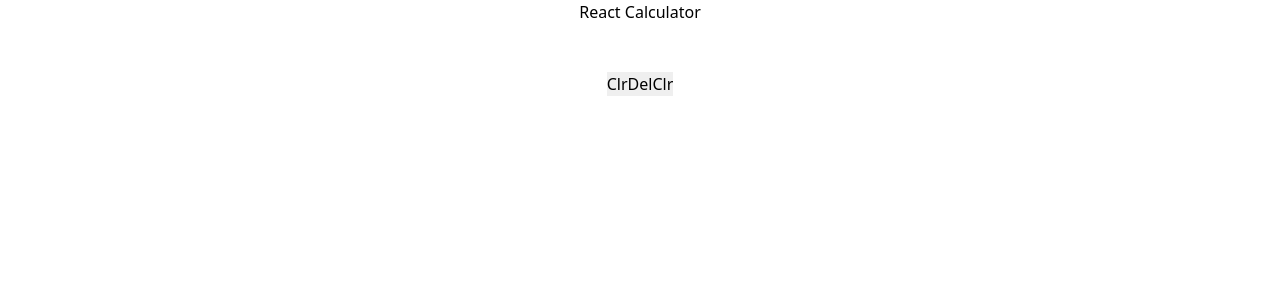
Repository: latenightsnacc/React-Calculator
Page: / (app in docs/react-calculator/)
These files come from the project's save history. The page is drawn as it stood at one moment and after the next save; the edit follows.
The browser window is 1280 px wide. The pictures show the whole page.
The project was rebuilt for these pictures with package versions that can differ from the ones it lists, and the page was loaded fresh each time. Also part of the build but not shown: docs/react-calculator/craco.config.js.

Above is the page before, as saved 2021-11-11 15:39:15.

After the next save:
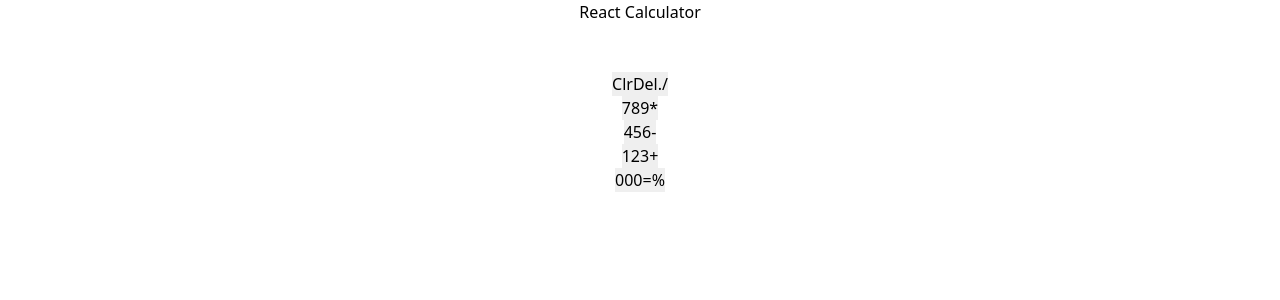
Saved 53 s later.
--- a/docs/react-calculator/src/components/Calculator.js
+++ b/docs/react-calculator/src/components/Calculator.js
@@ -13,8 +13,34 @@ class Calculator extends Component {
                     <div className="button-row">
                         <Button label={'Clr'} />
                         <Button label={'Del'} />
-                        <Button label={'Clr'} />
+                        <Button label={'.'}/>
+                        <Button label={'/'}/>
                     </div>
+                    <div className="button-row">
+                        <Button label={'7'}/>
+                        <Button label={'8'}/>
+                        <Button label={'9'}/>
+                        <Button label={'*'}/>
+                    </div>
+                    <div className="button-row">
+                        <Button label={'4'}/>
+                        <Button label={'5'}/>
+                        <Button label={'6'}/>
+                        <Button label={'-'}/>
+                    </div>
+                    <div className="button-row">
+                        <Button label={'1'}/>
+                        <Button label={'2'}/>
+                        <Button label={'3'}/>
+                        <Button label={'+'}/>
+                    </div>
+                    <div className="button-row">
+                        <Button label={'0'}/>
+                        <Button label={'00'}/>
+                        <Button label={'='}/>
+                        <Button label={'%'}/>
+                    </div>
+
                 </div>
             </div>
         )
